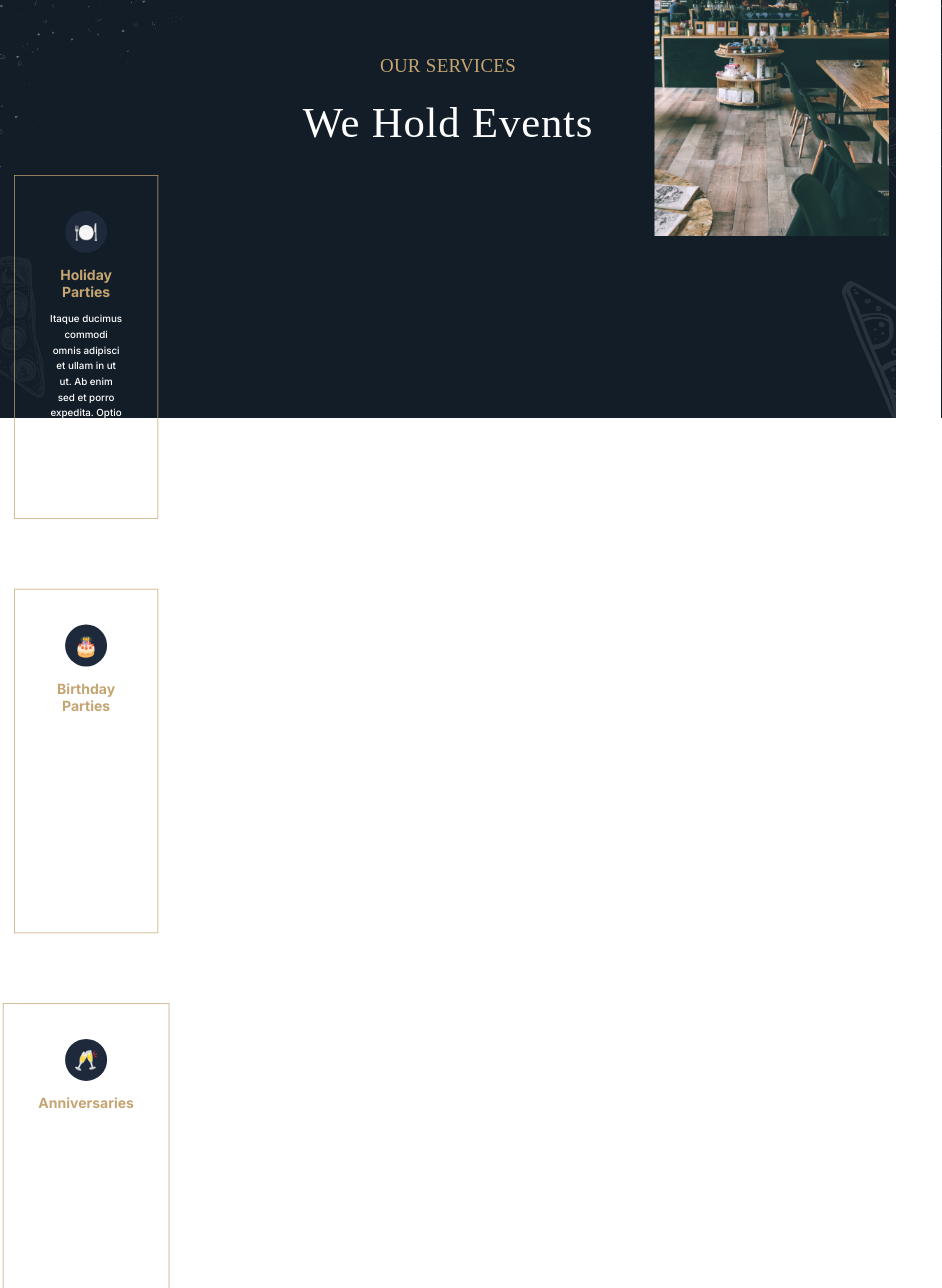
Repository: abhayzulasana/Online-Coffee-Shop
Page: index.html
The author's editor kept a copy of each file at every save. The page is drawn from the files as they stood at one save, then again after the next save.
The browser window is 1280 px wide. The page is 1345 px wide, so the pictures cover 1345 px, including what lies to the right of the window. The pictures show the part of the page from y = 1473 to 3313 px (the page is 3328 px tall before and 2078 px after), at 70% of full size.

Above is the page before, as saved 2025-05-21 17:32:41.

After the next save:
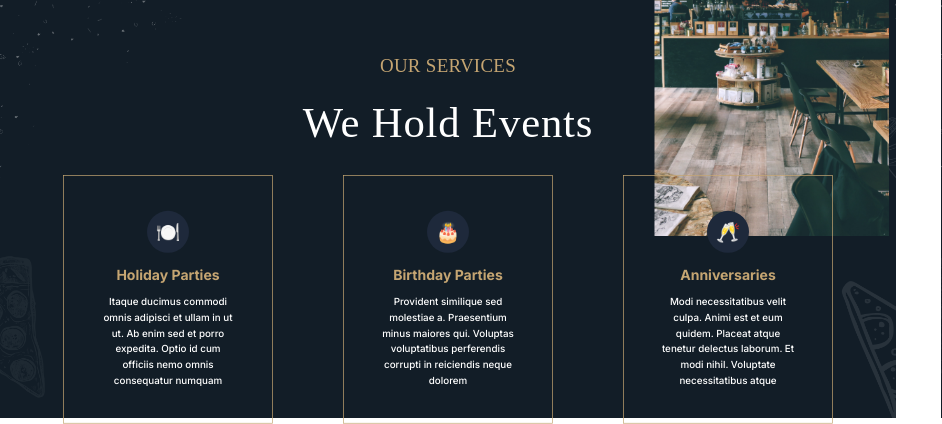
Saved 10 s later.
--- a/style.css
+++ b/style.css
@@ -306,7 +306,6 @@ h1{
   display: flex;
   flex-wrap: wrap;
   justify-content: center;
-  width: 206px;
   gap: 100px;
 }
 
